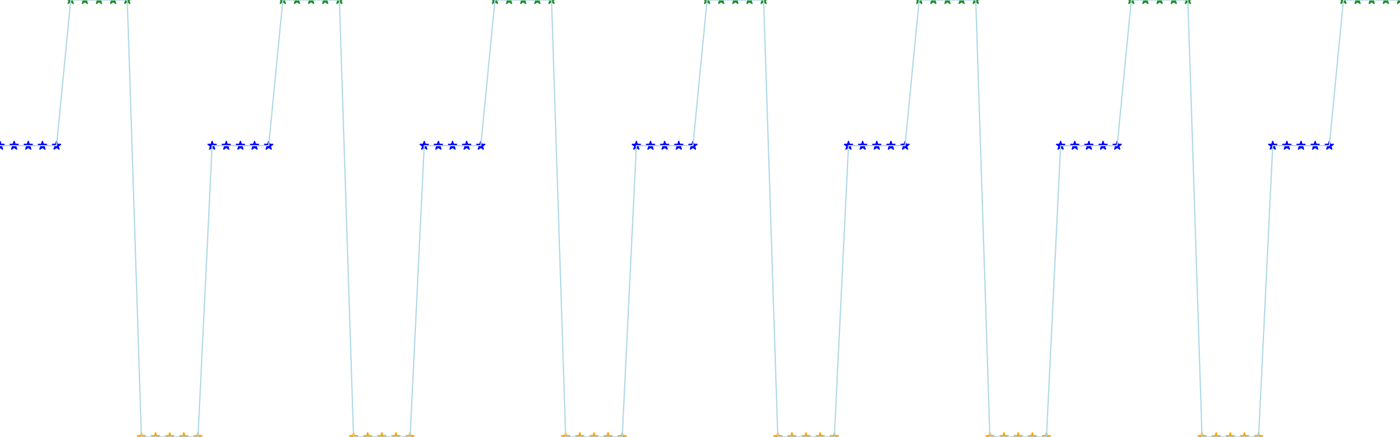
Repository: Carty-Bao/BNPHMM
Script's output: python code/synth.py
These files come from the project's save history. The script's output is drawn as it stood at one moment and after the next save; the edit follows.
Figures wider than 1,400 px are first shrunk to that width. Random numbers start from a fixed seed.

Above is the script's output before, as saved 2022-08-18 11:03:57.

### code/synth.py
'''
author: Jiadi
Date: 2022.5.7
TODO: add parser
'''
import random
from math import ceil
from re import X
import numpy as np
import pylab as P
from scipy.stats import entropy
# from torch import threshold

def _blob(x,y,area,colour):
    """
    Draws a square-shaped blob with the given area (< 1) at
    the given coordinates.
    """
    hs = np.sqrt(area) / 2
    xcorners = np.array([x - hs, x + hs, x + hs, x - hs])
    ycorners = np.array([y - hs, y - hs, y + hs, y + hs])
    P.fill(xcorners, ycorners, colour, edgecolor=colour)

def hinton(W, maxWeight=None):
    """
    Draws a Hinton diagram for visualizing a weight matrix.
    Temporarily disables matplotlib interactive mode if it is on,
    otherwise this takes forever.
    """
    reenable = False
    if P.isinteractive():
        P.ioff()
    P.clf()
    height, width = W.shape
    if not maxWeight:
        maxWeight = 2**np.ceil(np.log(np.max(np.abs(W)))/np.log(2))

    P.fill(np.array([0,width,width,0]),np.array([0,0,height,height]),'gray')
    P.axis('off')
    P.axis('equal')
    for x in range(width):
        for y in range(height):
            _x = x+1
            _y = y+1
            w = W[y,x]
            if w > 0:
                _blob(_x - 0.5, height - _y + 0.5, min(1,w/maxWeight),'white')
            elif w < 0:
                _blob(_x - 0.5, height - _y + 0.5, min(1,-w/maxWeight),'black')
    if reenable:
        P.ion()
    P.show()

def gen_alpha(type = 'jitter', K = 3):
    '''
    为HMM生成状态转移矩阵和HMM集群中心
    type:调制基形,以PRI为例,可选的调制基形:
    'jitter','stagger','slide','dwell'
    center:不同调制基形对应不同集群中心,如果不指定集群中心,默认中心个数=3

    默认均为一维变量
    '''

    if type == 'jitter':
        assert K==1, "K must be 1"
        alpha = np.eye(K)
    if type in ['stagger', 'agile', 'dwell']:
        alpha = np.eye(K)
        while(1 in np.diag(alpha)):
            np.random.shuffle(alpha)
    if type == 'slide':
        alpha = np.eye(K)
        alpha = np.vstack((alpha[1:],alpha[0]))
    # if type == 'dwell':
    #     tr = np.eye(K)
    #     while(1 in np.diag(tr)):
    #         np.random.shuffle(tr)
    #     alpha = 0.05*tr + np.eye(K)
    return alpha

def Non_ideal_HMM(N, K, XDim=1, mu_sd_factor=0, L=10, spur_ratio=0, miss_ratio=0,type='stagger', mu = None):
    '''N: number of observations
    K: number of discrete components
    XDim: dimensionality of observed data (default = 2)
    mu:HMM集群的中心值，如果没有制定就是[100, 110, 120,...]

    计算虚假脉冲和缺失脉冲个数'''

    spur_num = np.floor(spur_ratio * N)
    miss_num = np.floor(miss_ratio * N)
    N_unideal = int(N + spur_num + miss_num)
    X = np.zeros((N_unideal,XDim))
    Y = np.zeros((N_unideal,L))
    z = np.zeros(K)#记录上一个状态
    Z = np.zeros((N_unideal, 1))
    alpha = gen_alpha(type=type, K=K)

    beta = 0.1 #intial dist params.
    pik = np.random.dirichlet(beta*np.ones(K)) #distribution over initial state p(l_0)
    A = alpha / np.reshape(alpha.sum(axis=1),(K,1))#把alpha归一化
    # mu = np.array([np.random.multivariate_normal(np.zeros(XDim),20*np.eye(XDim)) for _ in range(K)]) #每个类别的均值
    if mu == None:
        mu = np.array([[100+10*i] for i in range(K)])
        mu_init = mu.copy()
    else:
        mu = np.array([mu])
        print(mu)
        mu = mu.T
        mu_init = mu.copy()
    C = np.array([mu_sd_factor*np.eye(XDim) for _ in range(K)])#每个类别的方差
    pr_y = np.array([np.random.dirichlet(0.1*np.ones(L)) for _ in range(K)])#每个类别的可能性的先验概率
    #draw observations:
    n = 0
    bound = X.shape[0]
    while(n<=bound):
        #draw latent component:
        if n==0:
            z = np.random.multinomial(1, pik)
        else:
            prev_z = z.argmax()
            z = np.random.multinomial(1,A[prev_z,:])
        z_n = z.argmax()#记录下一个状态
        if np.random.choice(2, 1, p=[1 - miss_ratio, miss_ratio]) and type is not 'dwell':#缺失脉冲
            X = np.delete(X, n, axis=0)
            Y = np.delete(Y, n, axis=0)
            Z = np.delete(Z, n, axis=0)
            continue
        if np.random.choice(2, 1, p=[1 - spur_ratio, spur_ratio]) and type is not 'dwell':#虚假脉冲
            spur_value = np.random.uniform(low=min(mu),high=max(mu),size=1)
            X[n,:] = np.random.multivariate_normal(spur_value, C[z_n,:,:])
            # Z[n,:] = abs(mu-spur_value).argmin()
            Z[n,:] = K+1
            n+=1
        if type=='dwell':
            for dns in range(5):
                if np.random.choice(2, 1, p=[1 - miss_ratio, miss_ratio]):#缺失脉冲
                    X = np.delete(X, n, axis=0)
                    Y = np.delete(Y, n, axis=0)
                    Z = np.delete(Z, n, axis=0)
                    continue
                if np.random.choice(2, 1, p=[1 - spur_ratio, spur_ratio]):#虚假脉冲
                    spur_value = np.random.uniform(low=min(mu),high=max(mu),size=1)
                    X[n,:] = np.random.multivariate_normal(spur_value, C[z_n,:,:])
                    # Z[n,:] = abs(mu-spur_value).argmin()
                    Z[n,:] = K+1
                    n+=1
                X[n,:] = np.random.multivariate_normal(mu[z_n,:], C[z_n,:,:])
                Y[n,:] = np.random.multinomial(1,pr_y[z_n,:])
                Z[n,:] = z_n
                bound = X.shape[0]-1
                n+=1
                if n>bound:
                    break
        else:
            X[n,:] = np.random.multivariate_normal(mu[z_n,:], C[z_n,:,:])
            if type == 'agile':
                Z[n,:] = np.where(mu_init == mu[z_n,:])[0]
            if (n+1) % K == 0 and type=='agile':
                np.random.shuffle(mu)

        if type !='dwell':
            Y[n,:] = np.random.multinomial(1,pr_y[z_n,:])
            if type != 'agile':
                Z[n,:] = z_n
            n+=1
            bound = X.shape[0]-1
    #返回每个类别的均值
    return X,Y,Z,mu

def workmode_cat(nums = None, Ks = None, mus = None, XDim=1, mu_sd_factor = 0, spur_ratio = 0, miss_ratio = 0, types = None):
    '''
    将生成的数据拼接
    nums Ks types均为列表 长度相同
    '''
    seq_num = len(nums)
    assert len(Ks) == seq_num, "Do not have enough Ks"
    assert len(types) == seq_num, "Do not have enough types"
    assert len(mus) == seq_num, "Do not have enough mus"

    X = None
    Z = None
    mus_grd = None
    paras = zip(nums, Ks, mus, types)
    for para in paras:
        session, _, labels, mu_grd = Non_ideal_HMM(N=para[0], K=para[1],mu = para[2], XDim=XDim, mu_sd_factor=mu_sd_factor, spur_ratio=spur_ratio, miss_ratio=miss_ratio,type=para[3])
        if X is None and mus_grd is None:
            X = session
            Z = labels
            mus_grd = mu_grd
        else:
            X = np.vstack((X, session))
            Z = np.vstack((Z, labels))
            mus_grd = np.vstack((mus_grd, mu_grd))
    return X, Z, mus_grd

def center_compare(center1, center2, threshold):
    '''
    比较两个集群中心
    '''
    diff = np.array([])
    for num in center1:
        diff = np.append(diff,min(abs(num-center2)))
    change = diff.sum()/diff.shape[0] > threshold
    cusum =  float(diff.sum())/diff.shape[0]
    return change,threshold #1是手动设置阈值

def trans_compare(A_1, A_2, mu_1, mu_2,threshold=1):
    def trans(A, order):
        N = len(order)
        # print(order)
        new_matrix = np.zeros((N,N))
        for i, row in enumerate(order):
            for j, col in enumerate(order):
                try:
                    new_matrix[row][col] = A[i][j]
                except IndexError:
                    if A.shape[0] < N:#A_1<A_2,填上0
                        new_matrix[row][col] = 0.1
                    # else:

        return new_matrix

    def trans_order(mu_1,mu_2):
        order = []
        N = len(mu_1)
        minus_dis = []
        for mu in mu_1:
            minus = mu_2 - mu
            order.append(np.argmin(abs(minus)))
            minus_dis.append(np.min(abs(minus)))
        return order

    order = trans_order(mu_1,mu_2)
    A2_new = trans(A_2,order)
    e = 0
    for index in range(len(order)):
        e += entropy(A_1[index], A2_new[index])
    change = e > threshold
    cusum = e
    return change, cusum

if __name__=="__main__":

    import matplotlib as mpl
    mpl.use('TkAgg')
    import matplotlib.pyplot as plt
    import pandas as pd
    np.set_printoptions(threshold=np.inf)
    plt.rc('font',family='Times New Roman')

    #数据生成
    N, K_grnd, K = 100, 5, 10
    X1, _, Z, mu_grd = Non_ideal_HMM(N, K_grnd, mu_sd_factor= 0, spur_ratio=0., miss_ratio=0,type='dwell')

    # Ns = [100,150,180]
    # Ks = [4,5,6]
    # types = ['stagger','slide','stagger']
    # X, mu_grd = workmode_cat(nums=Ns, Ks=Ks, mu_sd_factor=0, spur_ratio=0, miss_ratio=0, types=types)
    pulse = []
    labels = []
    for p, z in zip(X1,Z):
        labels.append(int(z))
        pulse.append(int(p))

    #颜色赋值
    col = []
    colors = ['#FF0000', '#FFA500', 'purple', 'blue', '#228B22']
    for i in range(0, len(labels)):
        col.append(colors[int(labels[i])])



    plt.figure(dpi=150,figsize=(16,5))
    # plt.xlabel("PRI index")
    # plt.ylabel("PRI value")
    # plt.title("agile PRI")
    plt.axis('off')
    plt.plot(range(len(X1)), X1,color='lightblue', linewidth=1.0)
    plt.scatter(range(len(X1)), X1, c=col,marker='*',s=50)
    plt.subplots_adjust(top = 1, bottom = 0, right = 1, left = 0, hspace = 0, wspace = 0)
    plt.margins(0,0)

    plt.savefig("genworkmode/dwell_color.png", transparent=True, dpi=300, pad_inches = 0,format='png')
    plt.show()

After the next save:
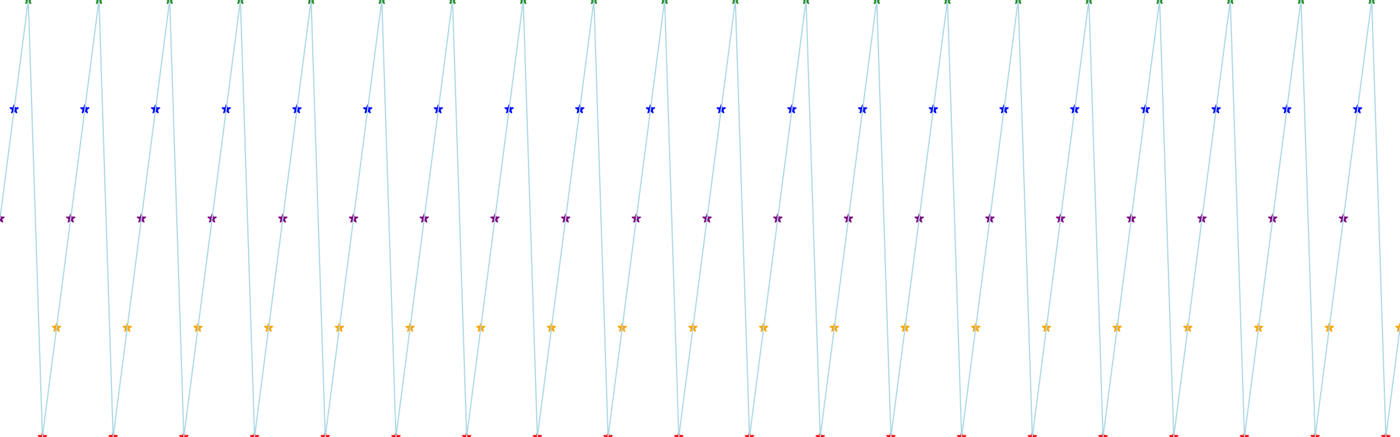
Saved 57 s later.
--- a/code/synth.py
+++ b/code/synth.py
@@ -250,7 +250,7 @@ if __name__=="__main__":
 
     #数据生成
     N, K_grnd, K = 100, 5, 10
-    X1, _, Z, mu_grd = Non_ideal_HMM(N, K_grnd, mu_sd_factor= 0, spur_ratio=0., miss_ratio=0,type='dwell')
+    X1, _, Z, mu_grd = Non_ideal_HMM(N, K_grnd, mu_sd_factor= 0, spur_ratio=0., miss_ratio=0,type='slide')
 
     # Ns = [100,150,180]
     # Ks = [4,5,6]
